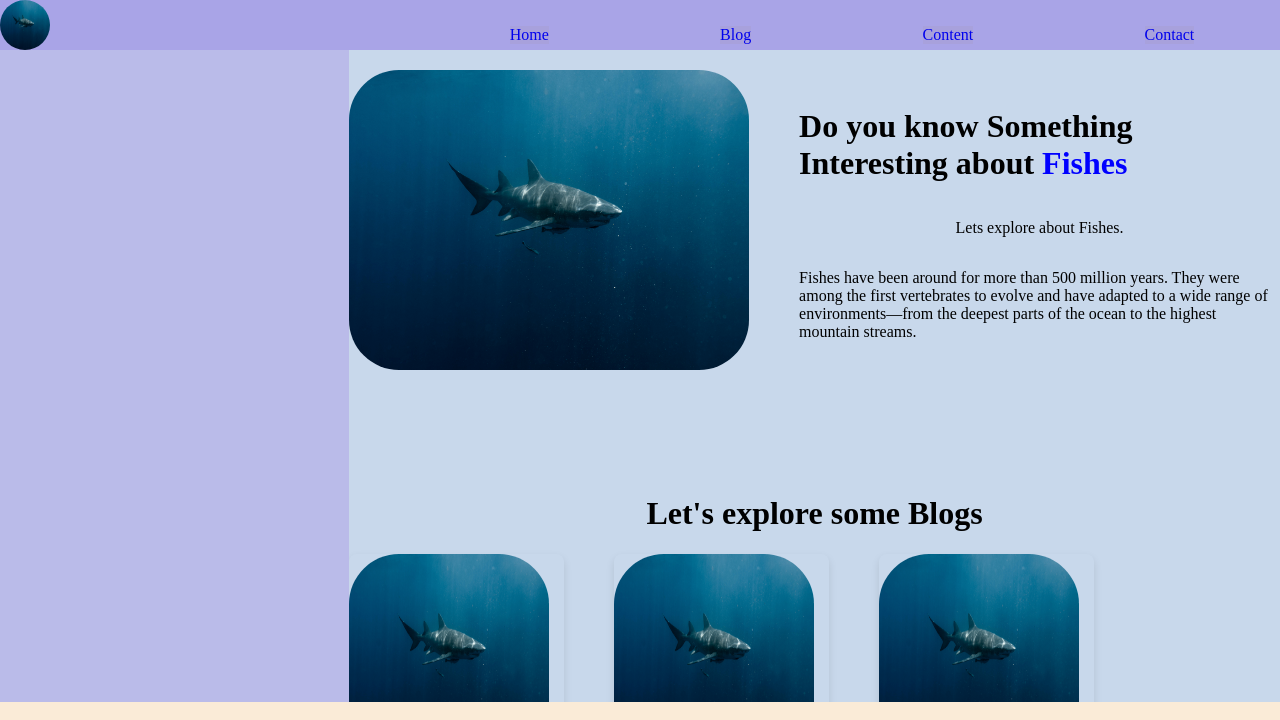
Repository: purnimapatel/fish-world
Page: index.html
These files come from the project's save history. The page is drawn as it stood at one moment and after the next save; the edit follows.
The browser window is 1280 px wide. The pictures show the whole page.
An inner scrolling area shows only its first screen.

Above is the page before, as saved 2024-08-25 16:42:27.

### index.html
<!DOCTYPE html>
<html lang="en">
<head>
    <meta charset="UTF-8">
    <meta name="viewport" content="width=device-width, initial-scale=1.0">
    <title>Document</title>
    <link  rel = "stylesheet" type = "text/css" href = "style.css"/>

    <!-- <link rel="stylesheet" type="text/css" href="styles.css"> -->

</head>
<body>
    <div class=" container">
        <div class = "navbar">
            <div id="logo">
                <a href="https://en.wikipedia.org/wiki/Fish" target=" _blank"><img  id = "img"src = "\img\image1.jpg"></a>
            </div>
            <div id = "list-content">
                <ul id="list">
                    <a href="#home"><li>Home</li></a>
                    <a href ="#blog"><li>Blog</li></a>
                    <a href="#content"><li>Content</li></a>
                    <a href="#contact"><li>Contact</li></a>
                </ul>
            </div>

        </div>
        <div class="lower">
        <div class ="leftPanel">
        </div>
        <div class = "mainBody">
            <div  class ="section" id="home">
                <div id = "header">
                </div>
               <div id = "home-content">

                <div id = "image">
                    <img  id = "mainImg"src ="img/image1.jpg">
                   </div>
                   <div id = "about">
                    <h1>Do you know Something Interesting about<span> Fishes</span></h1>
                    <p>Lets explore about Fishes.</p>
                    <p> Fishes have been around for more than 500 million years. They were among the first vertebrates to evolve and have adapted to a wide range of environments—from the deepest parts of the ocean to the highest mountain streams.</p>
                   </div>
               </div>



            </div>
            <div class ="section" id ="blog">
                <div id = "header">
                    <h1> Let's explore some Blogs</h1>
                </div>
                <div id="blog-images">


                            <a id = "list1" href="https://www.kidzone.ws/animals/fish1.htm"><img id ="img1" src="img/image1.jpg"><div>Kidzone Animal Facts</div></a>
                            <a id = "list1" href="https://www.kidzone.ws/animals/fish1.htm"><img id ="img1" src="img/image1.jpg"><div>Kidzone Animal Facts</div></a>
                            <a id = "list1" href="https://www.kidzone.ws/animals/fish1.htm"><img id ="img1" src="img/image1.jpg"><div>Kidzone Animal Facts</div></a>
                            <a id = "list1" href="https://www.kidzone.ws/animals/fish1.htm"><img id ="img1" src="img/image1.jpg"><div>Kidzone Animal Facts</div></a>
                            <a id = "list1" href="https://www.kidzone.ws/animals/fish1.htm"><img id ="img1" src="img/image1.jpg"><div>Kidzone Animal Facts</div></a>
                            <a id = "list1" href="https://www.kidzone.ws/animals/fish1.htm"><img id ="img1" src="img/image1.jpg"><div>Kidzone Animal Facts</div></a>

                    </ul>
                </div>

                </div>
                <div class ="section" id="content">
                    <div id = "header">
                        <h1> Detail about Fishes</h1>
                    </div>
                    <div id ="real-content">
                        <p>
                            A fish is an aquatic, <span>anamniotic</span>, gill-bearing <span>vertebrate</span> animal with swimming fins and a hard skull, but lacking limbs with digits. Fish can be grouped into the more basal jawless fish and the more common jawed fish, the latter including all living <span>cartilaginous</span> and bony fish, as well as the extinct <span>placoderms</span>placoderms and <span>acanthodians</span>. Most fish are cold-blooded, their body temperature varying with the surrounding water, though some large active swimmers like white shark and tuna can hold a higher core temperature. Many fish can communicate acoustically with each other, such as during courtship displays.
                        </p>

              <p>
                The earliest fish appeared during the <span>Cambrian</span> as small filter feeders; they continued to evolve through the <span>Paleozoic</span>, diversifying into many forms. The earliest fish with dedicated respiratory gills and paired fins, the <span>ostracoderms</span>, had heavy bony plates that served as protective exoskeletons against invertebrate predators. The first fish with jaws, the placoderms, appeared in the Silurian and greatly diversified during the Devonian, the "Age of Fishes".
              </p>


<p>
    Bony fish, distinguished by the presence of swim bladders and later ossified endoskeletons, emerged as the dominant group of fish after the <span>end-Devonian</span>extinction wiped out the apex placoderms. Bony fish are further divided into the lobe-finned and ray-finned fish. About 96% of all living fish species today are teleosts, a crown group of ray-finned fish that can protrude their jaws. The tetrapods, a mostly terrestrial clade of vertebrates that have dominated the top trophic levels in both aquatic and terrestrial ecosystems since the Late Paleozoic, evolved from lobe-finned fish during the Carboniferous, developing air-breathing lungs homologous to swim bladders. Despite the cladistic lineage, tetrapods are usually not considered to be fish, making "fish" a <span>paraphyletic</span> group.
</p>

<p>
    Fish have been an important natural resource for humans since prehistoric times, especially as food. Commercial and subsistence fishers harvest fish in wild fisheries or farm them in ponds or in breeding cages in the ocean. Fish are caught for recreation, or raised by fishkeepers as ornaments for private and <span>public exhibition</span> in aquaria and garden ponds. Fish have had a role in human culture through the ages, serving as deities, religious symbols, and as the subjects of art, books and movies.
</p>


                    </div>

                </div>
                <div class ="section" id="contact">
                    <div id = "header">
                        <h1>Contact US</h1>
                    </div>
                    <div id = contact-form>
                    <form>
                        <div>
                            <Label>Name</Label>
                            <div >
                                <input class = "input" id = "name" type ="text" placeholder="Enter Your name here">
                            </div>

                        </div>
                        <div>
                            <Label>Email</Label>
                            <div >
                                <input class = "input" id = "email" type ="text" placeholder="Enter Your email here">
                                <p class = "hidden" id = "para">Please enter valid email</p>
                            </div>

                        </div>
                        <div>
                            <Label>Password</Label>
                            <div >
                                <input class = "input" id = "password" type ="password" placeholder="Enter Your password here">
                            </div>

                        </div>
                        <div>
                            <Label>Confirm Password</Label>
                            <div >
                                <input class = "input" id = "cpassword" type ="password" placeholder="Re-enter Your password here">
                            </div>

                        </div>
                        <div id = "btn">
                            <input id ="sub" type ="submit" value ="Submit"onclick="validateEmail(); emptyInput();">
                            </div>


                    </form>
                    </div>

                </div>




        </div>
    </div>
    </div>
    <script src = "index.js"></script>
</body>
</html>

### style.css
body{
   margin: 0;
   padding:0;
   display: flex;
   height:100vh;
   align-items: center;
   justify-content: center;
}
.container{
    height: 100vh;
    width:100vw;
    background-color:antiquewhite;

}
.navbar{
    width:100vw;
    height:50px;
    background-color:rgb(169, 164, 231);
    margin-bottom: 0;
    display: flex;
    justify-content: space-between;

}
.lower{
    display: flex;
}
.leftPanel{
    margin-top: 0px;
    width:30%;
    height:90.5vh;
    background-color:rgb(186, 187, 233);
}
.mainBody{
    background-color:rgb(200, 216, 235);
    height: 90.5vh;
    width:80%;
    overflow: scroll;

}
#img{
    height: 50px;
    width:50px;
    background-size: cover;
    border-radius: 50px;
    cursor:pointer;

}
#img1{
    height: 200px;
    width:200px;
    background-size: cover;
    border-radius: 50px;
    cursor:pointer;

}
#list{
    display: flex;
    padding-top: 10px;
    justify-content: space-around;
}

#list li{
    cursor: pointer;
    background-color:rgba(158, 139, 139, 0.119)
}

#list-content{
    width: 70%
}
a{
    text-decoration: none;
}
li{
    list-style-type: none;
}
/* li div{
    text-align: center;
} */
#header {
    display: flex;
    justify-content: center;
    align-items:center;
}
#contact-form{
    display: flex;
    justify-content: center;
    align-items:center;
}

#btn{
    display: flex;
    justify-content: center;
    align-items:center;

}

#para{
    color:red;
}
.hidden{
    display: none;
}
.input{
    padding:10px;
    margin:5px;
    border:none;
    border-radius: 20px;
}
#sub{
    padding:10px 20px;
    margin-top: 10px;

    background-color:antiquewhite;
    color:blueviolet;
    border:none;
    border-radius: 5px;
    cursor: pointer;
}
#home-content{
    display: flex;
    margin-top: 20px;
}
#about{
    display: flex;
    justify-content: center;
    align-items: center;
    flex-direction: column;
    margin-left: 50px;
}
#blog-images {
    display: grid;
    grid-template-columns: repeat(auto-fill, minmax(150px, 1fr));
    gap: 50px;
    width: 80%;
    max-width: 1200px;
    justify-content: space-between;
}
#blog-images a{
    width: 100%;
    height: auto;
    border-radius: 8px;
    box-shadow: 0 4px 8px rgba(0, 0, 0, 0.1);
    object-fit: cover;
}
span{
    color:blue;
}
#home-content{
    justify-content: space-between;
}
#mainImg{
    height: 300px;
    width:400px;
    background-size: cover;
    border-radius: 50px;
}

.section{
    margin-bottom: 100px;
}

### index.js
const email = document.getElementById("email");
const password = document.getElementById("password");
const cpassword = document.getElementById("cpassword");
const message = document.getElementById("para");
let nameVal= document.getElementById("name");
let emailVal = document.getElementById("email");
let passwordVal = document.getElementById("password");
let cpasswordVal = document.getElementById("cpassword");

function validateEmail(){
    const emailFormat=/^[a-zA-Z0-9._%+-]+@[a-zA-Z0-9.-]+\.[a-zA-Z]{2,}$/;
    const val = email.value;
    if(emailFormat.test(val)){
        message.classList.add("hidden");
    }
    else{
        message.classList.remove("hidden");
    }
}
function emptyInput(){
    nameVal.value = "";
    emailVal.value="";
    passwordVal.value="";
    cpasswordVal.value = "";

}

After the next save:
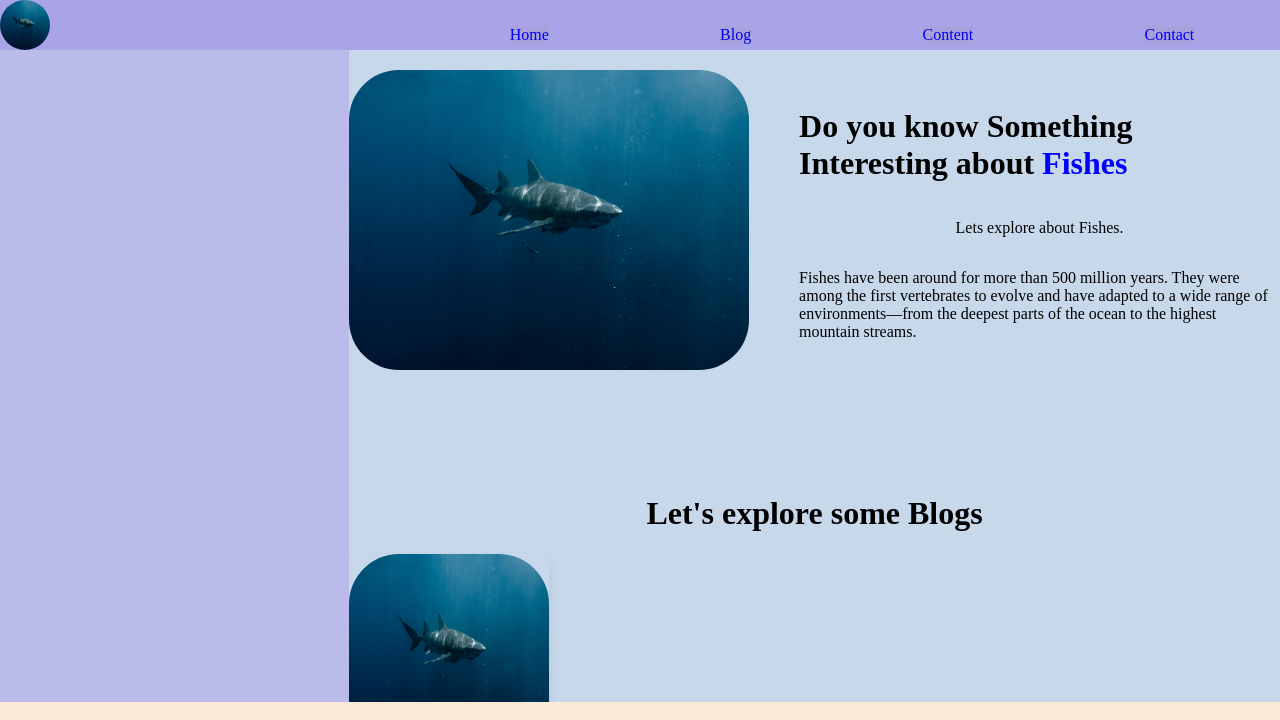
Saved 41 s later.
--- a/style.css
+++ b/style.css
@@ -129,7 +129,7 @@
 }
 #blog-images {
     display: grid;
-    grid-template-columns: repeat(auto-fill, minmax(150px, 1fr));
+    /* grid-template-columns: repeat(auto-fill, minmax(150px, 1fr)); */
     gap: 50px;
     width: 80%;
     max-width: 1200px;

After the save that followed:
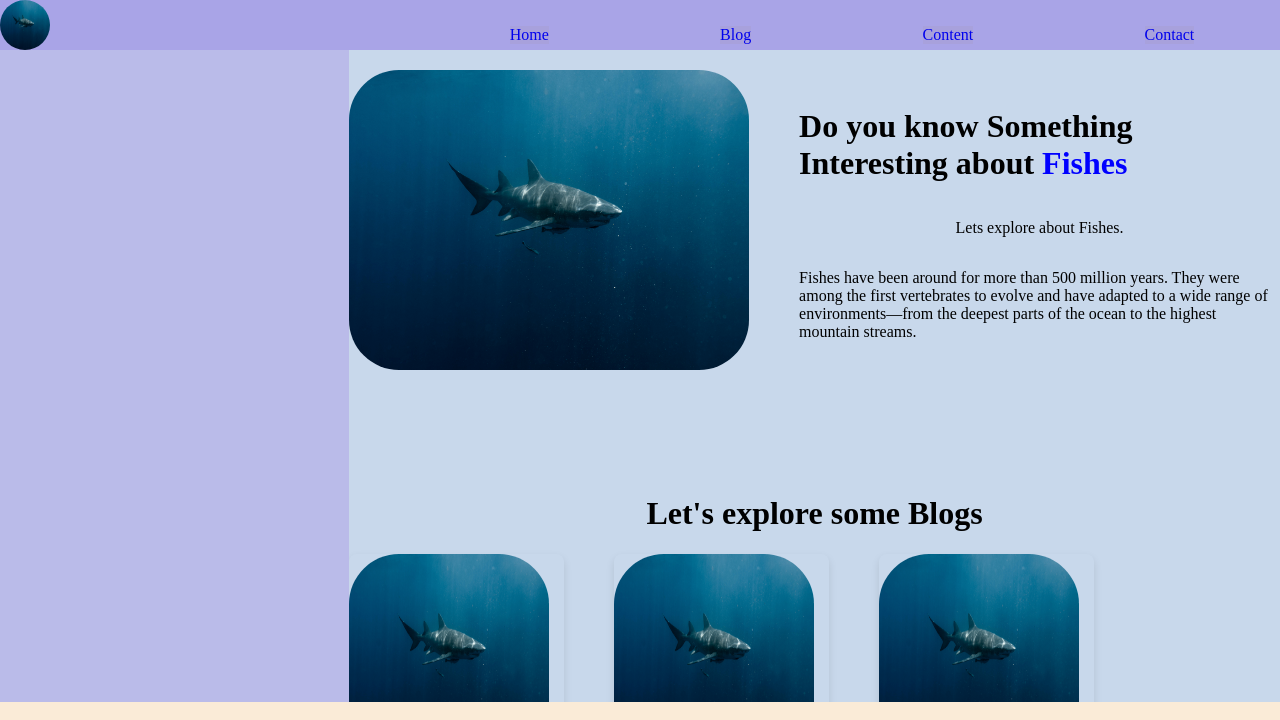
Saved 13 s later.
--- a/style.css
+++ b/style.css
@@ -129,7 +129,7 @@
 }
 #blog-images {
     display: grid;
-    /* grid-template-columns: repeat(auto-fill, minmax(150px, 1fr)); */
+    grid-template-columns: repeat(auto-fill, minmax(150px, 1fr));
     gap: 50px;
     width: 80%;
     max-width: 1200px;
